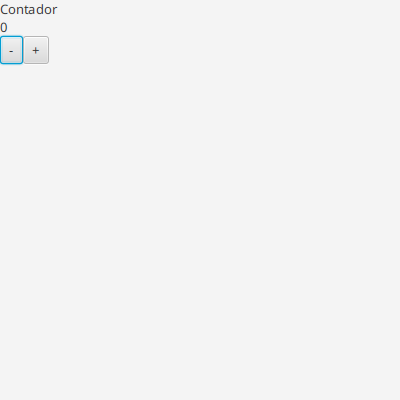
Repository: AlanVidalll/Curso-Java-Completo
Program's window: java exercicios-javafx/src/basico/Contador.java
An editor plug-in stored every save of this project. The program's window is shown before and after the next save, followed by the edit.
It runs on Java 21 on a 1366 x 768 screen with JavaFX 11; the title bar is not drawn.

Above is the program's window before, as saved 2020-04-09 14:27:39.

After the next save:
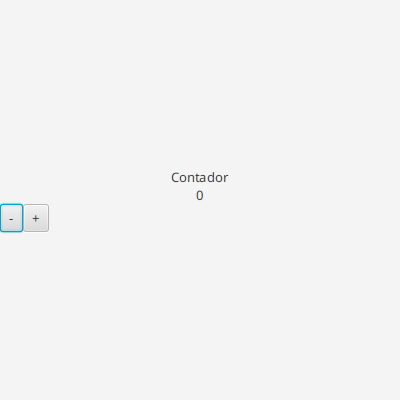
Saved 58 s later.
--- a/exercicios-javafx/src/basico/Contador.java
+++ b/exercicios-javafx/src/basico/Contador.java
@@ -1,6 +1,7 @@
 package basico;
 
 import javafx.application.Application;
+import javafx.geometry.Pos;
 import javafx.scene.Scene;
 import javafx.scene.control.Button;
 import javafx.scene.control.Label;
@@ -26,6 +27,7 @@
 
 
 		VBox boxPrincipal = new VBox();
+		boxPrincipal.setAlignment(Pos.CENTER);
 		boxPrincipal.getChildren().add(labelTitulo);
 		boxPrincipal.getChildren().add(labelNumero);
 		boxPrincipal.getChildren().add(boxBotoes);
